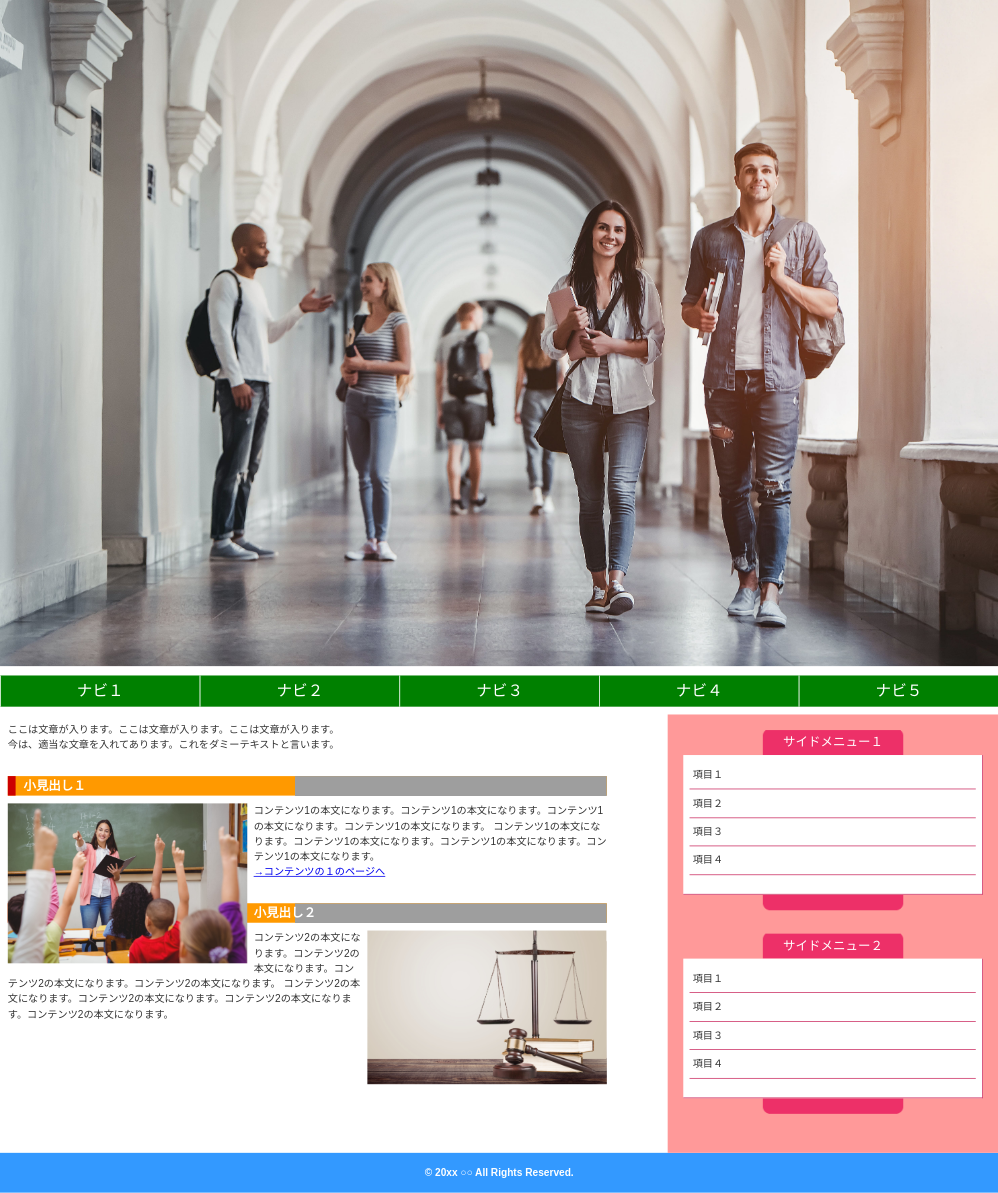
Repository: k-s-k119/samurai_HTML-CSS
Page: home.html
The author's editor kept a record of every edit. The page is drawn from the files as they stood at one moment, then again after the next edit.
The browser window is 1280 px wide. The pictures show the whole page, at 78% of full size.
Pictures or frames that could not be fetched are drawn as grey boxes.

Above is the page before.

After the next edit:
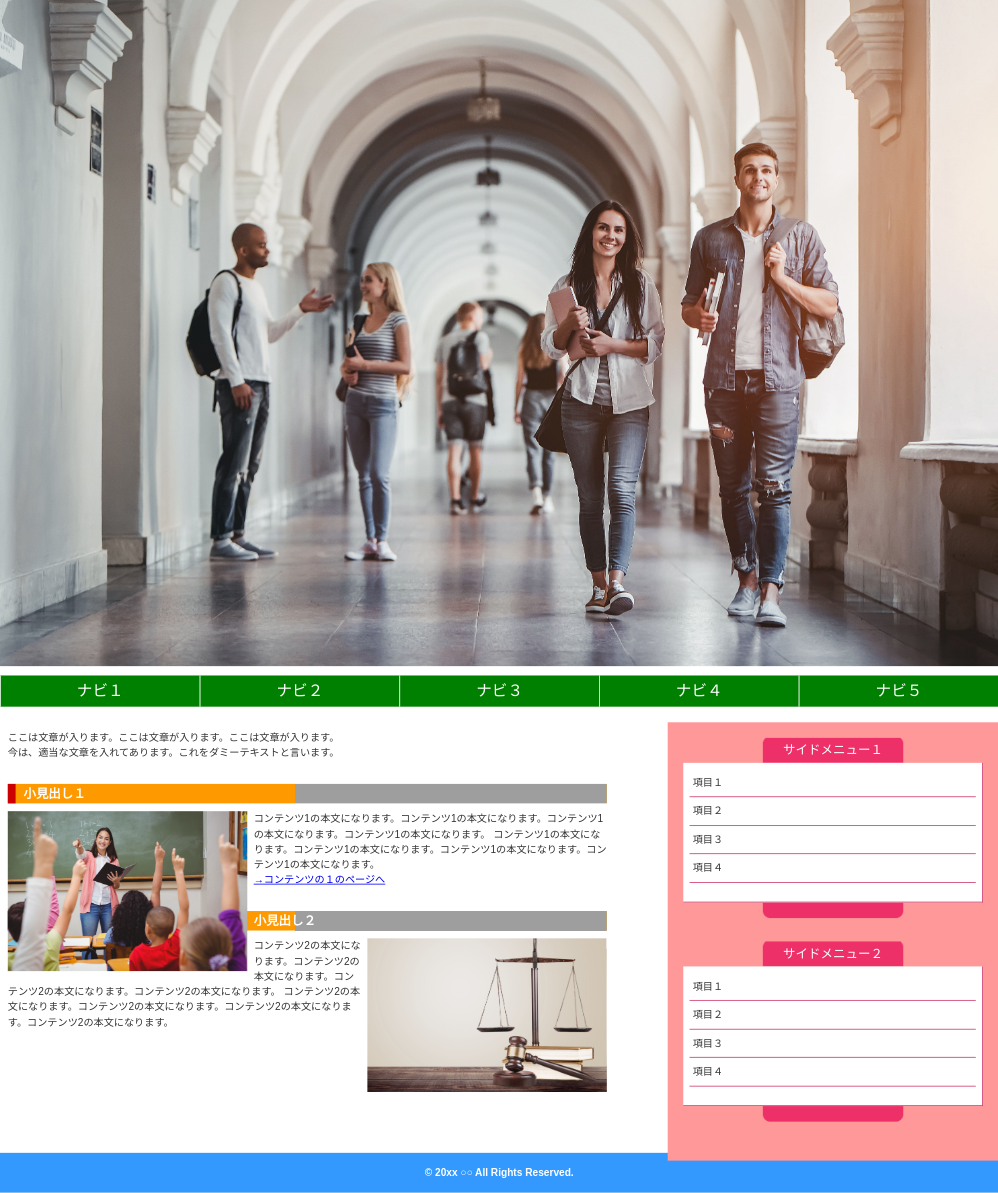
The edit:
--- a/home.html
+++ b/home.html
@@ -23,51 +23,51 @@
           <li><a href="#">ナビ５</a></li>
         </ul>
       </div>
-    </div>
-    <div id="container">
-      <div id="main">
-        <div class="post">
-          <p>ここは文章が入ります。ここは文章が入ります。ここは文章が入ります。<br />今は、適当な文章を入れてあります。これをダミーテキストと言います。</p>
-        </div>
-        <div class="post clearfix">
-          <h2>小見出し１</h2>
-          <img class="left" src="images/classroom.jpg" alt="授業風景" />
-          <p>
-            コンテンツ1の本文になります。コンテンツ1の本文になります。コンテンツ1の本文になります。コンテンツ1の本文になります。
-            コンテンツ1の本文になります。コンテンツ1の本文になります。コンテンツ1の本文になります。コンテンツ1の本文になります。
-          </p>
-          <p><a href="#">→コンテンツの１のページへ</a></p>
-        </div>
-        <div class="post clearfix">
-          <h2>小見出し２</h2>
-          <img class="right" src="images/scale.jpg" alt="天秤" />
-          <p>
-            コンテンツ2の本文になります。コンテンツ2の本文になります。コンテンツ2の本文になります。コンテンツ2の本文になります。
-            コンテンツ2の本文になります。コンテンツ2の本文になります。コンテンツ2の本文になります。コンテンツ2の本文になります。
-          </p>
-        </div>
-      </div>
-      <div id="side">
-        <div class="box">
-          <h2>サイドメニュー１</h2>
-          <div class="boxBody">
-            <ul>
-              <li>項目１</li>
-              <li>項目２</li>
-              <li>項目３</li>
-              <li>項目４</li>
-            </ul>
+      <div id="container">
+        <div id="main">
+          <div class="post">
+            <p>ここは文章が入ります。ここは文章が入ります。ここは文章が入ります。<br />今は、適当な文章を入れてあります。これをダミーテキストと言います。</p>
+          </div>
+          <div class="post clearfix">
+            <h2>小見出し１</h2>
+            <img class="left" src="images/classroom.jpg" alt="授業風景" />
+            <p>
+              コンテンツ1の本文になります。コンテンツ1の本文になります。コンテンツ1の本文になります。コンテンツ1の本文になります。
+              コンテンツ1の本文になります。コンテンツ1の本文になります。コンテンツ1の本文になります。コンテンツ1の本文になります。
+            </p>
+            <p><a href="#">→コンテンツの１のページへ</a></p>
+          </div>
+          <div class="post clearfix">
+            <h2>小見出し２</h2>
+            <img class="right" src="images/scale.jpg" alt="天秤" />
+            <p>
+              コンテンツ2の本文になります。コンテンツ2の本文になります。コンテンツ2の本文になります。コンテンツ2の本文になります。
+              コンテンツ2の本文になります。コンテンツ2の本文になります。コンテンツ2の本文になります。コンテンツ2の本文になります。
+            </p>
           </div>
         </div>
-        <div class="box">
-          <h2>サイドメニュー２</h2>
-          <div class="boxBody">
-            <ul>
-              <li>項目１</li>
-              <li>項目２</li>
-              <li>項目３</li>
-              <li>項目４</li>
-            </ul>
+        <div id="side">
+          <div class="box">
+            <h2>サイドメニュー１</h2>
+            <div class="boxBody">
+              <ul>
+                <li>項目１</li>
+                <li>項目２</li>
+                <li>項目３</li>
+                <li>項目４</li>
+              </ul>
+            </div>
+          </div>
+          <div class="box">
+            <h2>サイドメニュー２</h2>
+            <div class="boxBody">
+              <ul>
+                <li>項目１</li>
+                <li>項目２</li>
+                <li>項目３</li>
+                <li>項目４</li>
+              </ul>
+            </div>
           </div>
         </div>
       </div>
